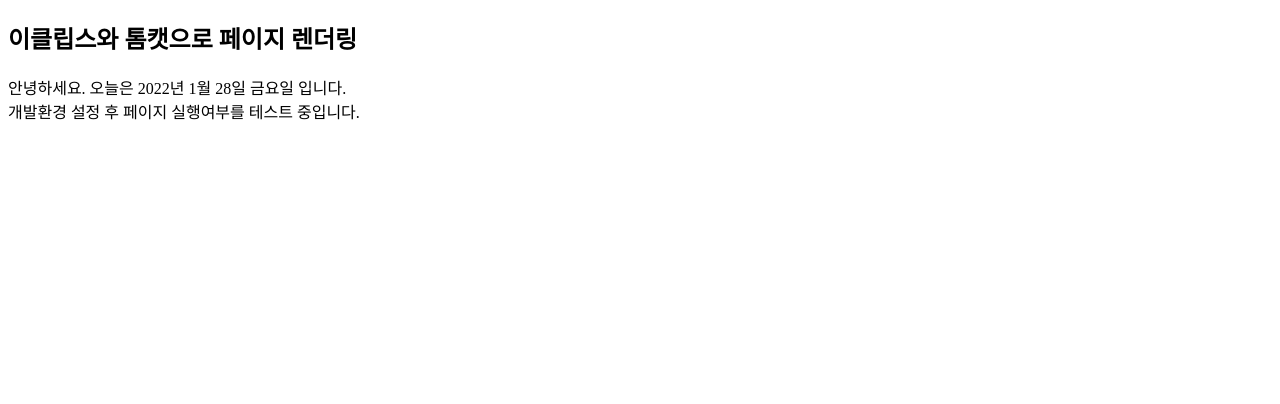
Repository: jungreul97/jsp_pracitce
Page: http://localhost/JSPBasic/Hello.jsp
The author's editor kept a copy of each file at every save. The page is drawn from the files as they stood at one save, then again after the next save.
The browser window is 1280 px wide. The pictures show the whole page.
The page is served by Tomcat 9.

Above is the page before, as saved 2022-01-28 01:46:33.

After the next save:
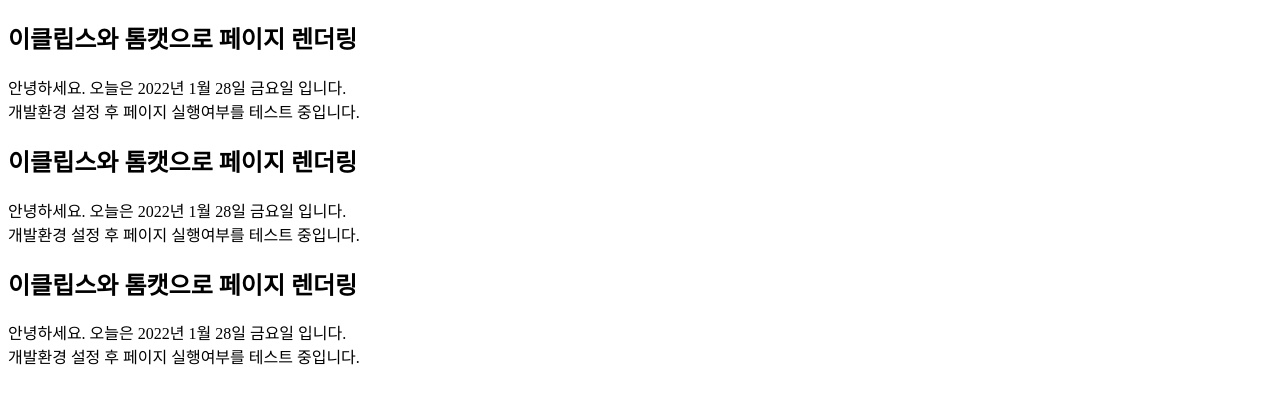
Saved 19 min 52 s later.
--- a/JSPBasic/src/main/webapp/Hello.jsp
+++ b/JSPBasic/src/main/webapp/Hello.jsp
@@ -12,6 +12,16 @@
 		안녕하세요. 오늘은 2022년 1월 28일 금요일 입니다.<br/>
 		개발환경 설정 후 페이지 실행여부를 테스트 중입니다.
 	</p>
+	<h2>이클립스와 톰캣으로 페이지 렌더링</h2>
+	<p>
+		안녕하세요. 오늘은 2022년 1월 28일 금요일 입니다.<br/>
+		개발환경 설정 후 페이지 실행여부를 테스트 중입니다.
+	</p>
+	<h2>이클립스와 톰캣으로 페이지 렌더링</h2>
+	<p>
+		안녕하세요. 오늘은 2022년 1월 28일 금요일 입니다.<br/>
+		개발환경 설정 후 페이지 실행여부를 테스트 중입니다.
+	</p>
 
 </body>
 </html>
